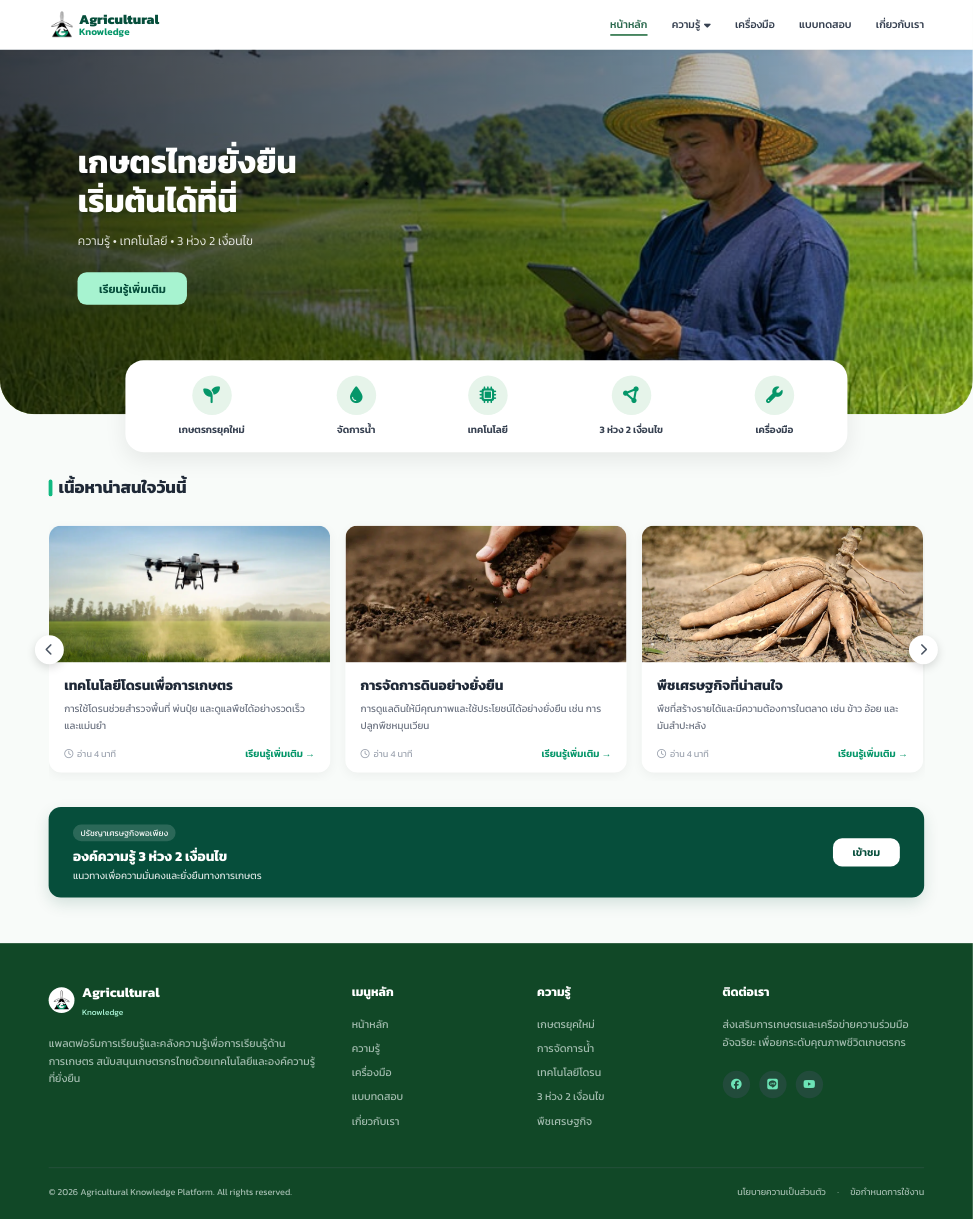
Repository: nuwat-wa/Project-WebdesignAG
Page: index.html
These files come from the project's save history. The page is drawn as it stood at one moment and after a run of saves; the edit follows.
The browser window is 1280 px wide. The pictures show the whole page, at 76% of full size.

Above is the page before, as saved 2026-10-03 20:55:03.

After the next 2 saves:
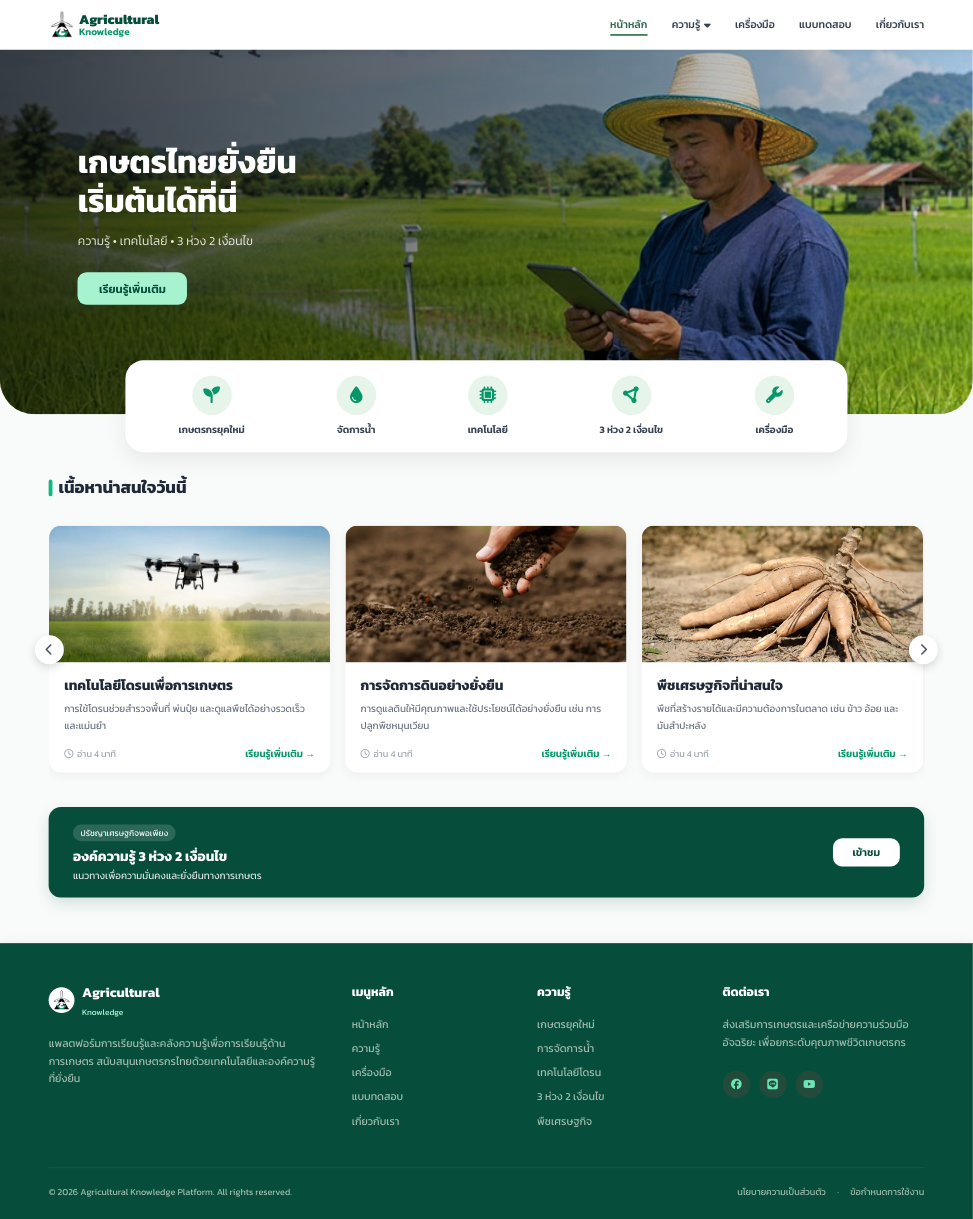
The 2 saves are shown as one change because they came seconds apart.
The last was saved 32 s later.
--- a/style/index.css
+++ b/style/index.css
@@ -552,7 +552,8 @@ body {
   width: 100%;
   padding: 50px 5% 25px;
   color: #a4bdb0;
-  background: #114827;
+  background: #064e3b;
+  box-shadow: 0 8px 20px rgba(6, 78, 59, 0.15);
   font-size: 14px;
   line-height: 1.7;
 }
